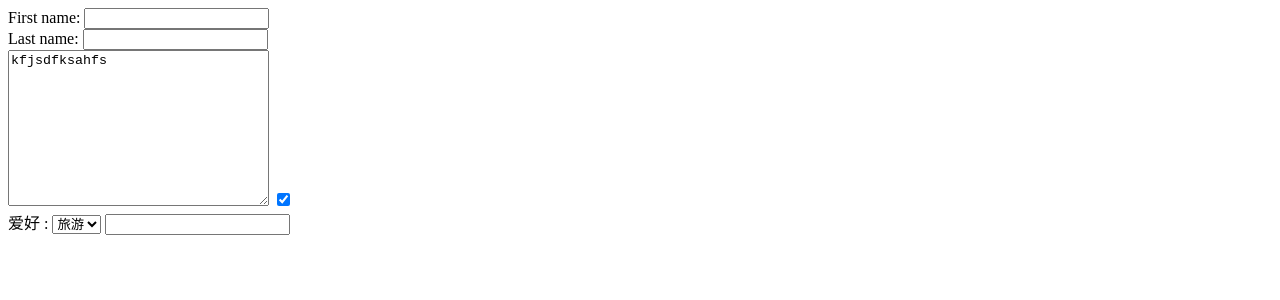
Repository: N1connys/person
Page: review.html
An editor plug-in stored every save of this project. The page is shown before and after a run of saves, followed by the edit.
The browser window is 1280 px wide. The pictures show the whole page.

Above is the page before, as saved 2023-02-20 21:23:18.

After the next 3 saves:
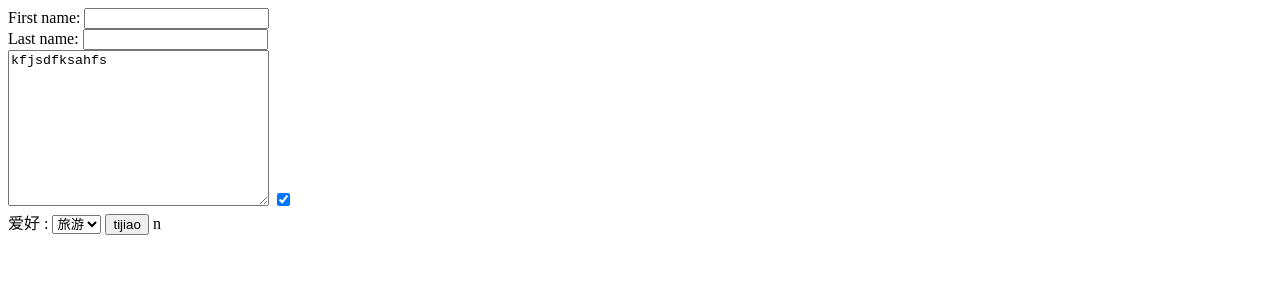
The 3 saves are shown as one change because they came seconds apart.
The last was saved 11 s later.
--- a/review.html
+++ b/review.html
@@ -23,7 +23,8 @@ Last name: <input type="password" name="lastname">
     <option value=" 运动 "> 运动 </option>
     <option value=" 购物 "> 购物 </option>
     </select>
-    <input type="su">
+    <input type="submit" value="tijiao">
+    <i></i>n
 </form>
 
 
